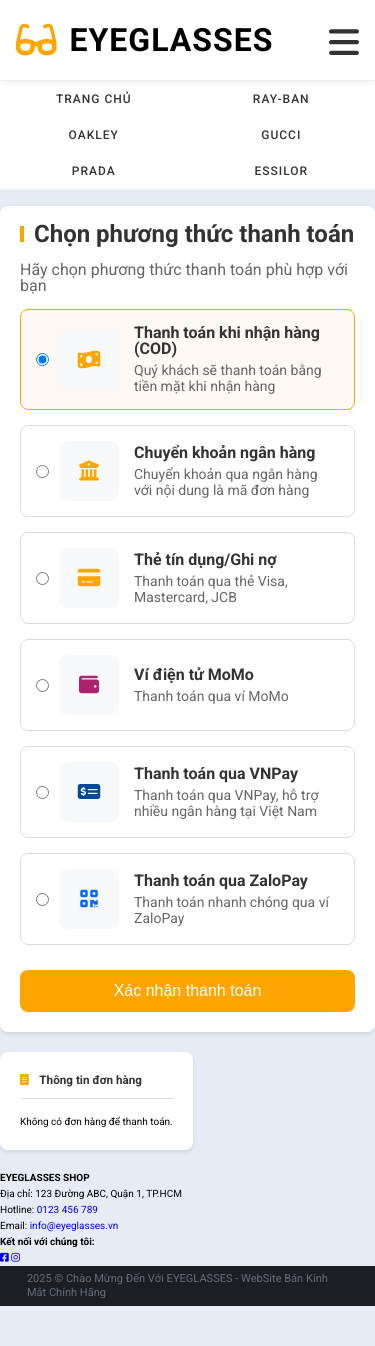
Repository: Giau-svg/glasses-store
Page: http://localhost/payment_options.php
The author's editor kept a copy of each file at every save. The page is drawn from the files as they stood at one save, then again after the next save.
The browser window is 375 px wide. The pictures show the whole page.
Some web libraries are served in a nearby version. The page is run by PHP 8.4 with error messages shown; the project is at /var/www/html/. The database holds what the project's SQL file puts in it.

Above is the page before, as saved 2025-05-08 07:15:35.
Console error: ReferenceError: $ is not defined

After the next save:
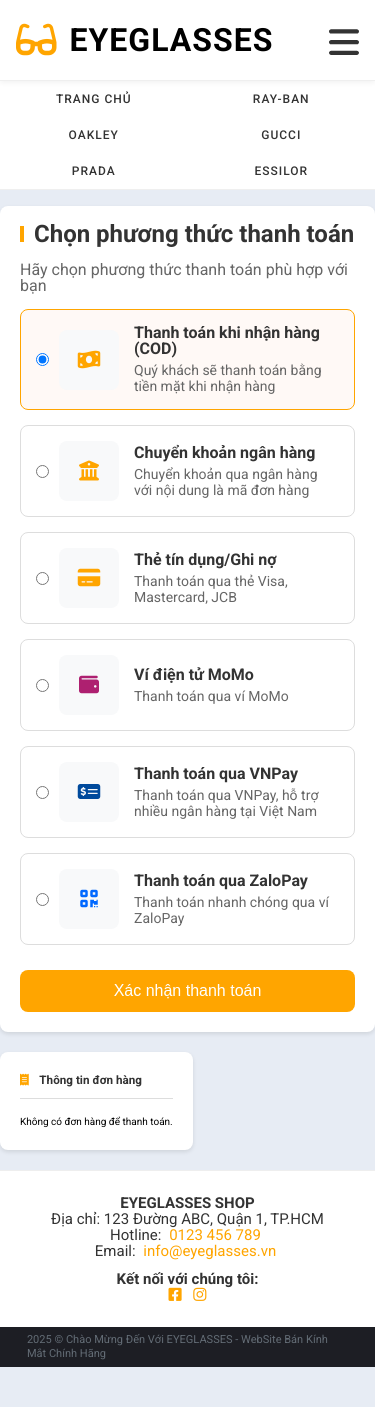
Saved 10 s later.
--- a/payment_options.php
+++ b/payment_options.php
@@ -201,6 +201,17 @@
             color: #ffa500;
             font-size: 18px;
         }
+        .footer-shop {
+            background: #fff;
+            border-top: 1px solid #eee;
+            padding: 24px 0;
+            color: #333;
+            text-align: center;
+            font-size: 15px;
+        }
+        .footer-shop a { color: #ffa500; margin: 0 4px; }
+        .footer-container { display: flex; justify-content: space-between; max-width: 900px; margin: 0 auto; }
+        @media (max-width: 600px) { .footer-container { flex-direction: column; gap: 12px; } }
     </style>
 </head>
 
